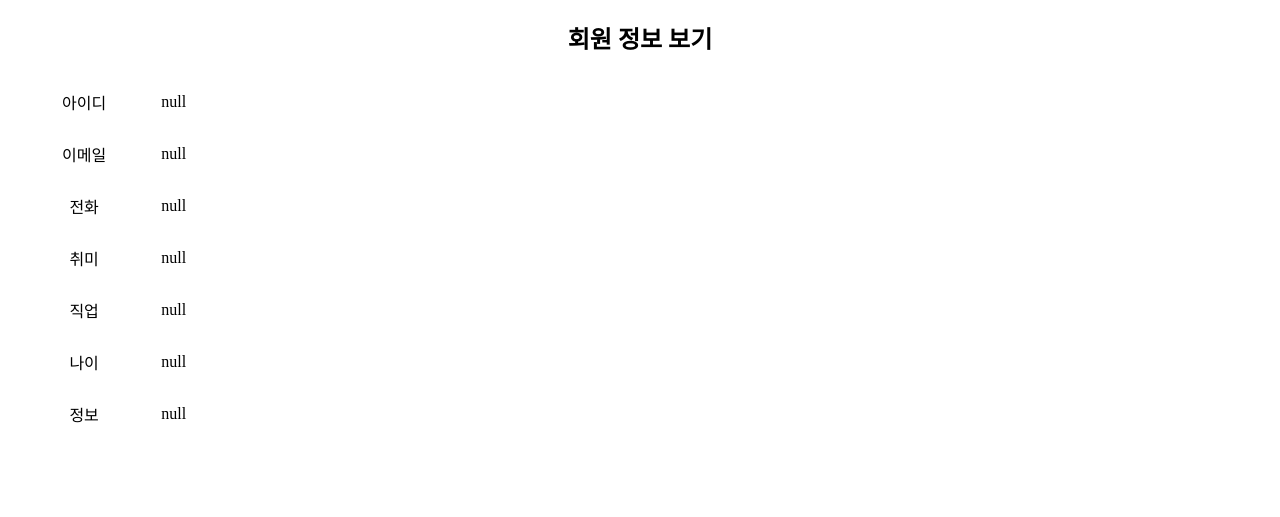
Repository: kdw1437/CreateBoardProject
Page: http://localhost/DataBase/MemberInfo.jsp
An editor plug-in stored every save of this project. The page is shown before and after the next save, followed by the edit.
The browser window is 1280 px wide. The pictures show the whole page.
The page is served by Tomcat 9. Other server files are loaded and not shown. Queries for data that is not in the repository find no rows.

Above is the page before, as saved 2024-08-06 08:37:02.

### DataBase/src/main/webapp/MemberInfo.jsp
<%@page import="model.MemberBean"%>
<%@page import="model.MemberDAO"%>
<%@ page language="java" contentType="text/html; charset=EUC-KR"
    pageEncoding="EUC-KR"%>
<!DOCTYPE html>
<html>
<head>
<meta charset="EUC-KR">
<title>Insert title here</title>
</head>
<body>

	<!-- 1. 데이터 베이스에서 한 회원의 정보를 가져옴 2. table태그를 이용하여 화면에 회원의 정보를 출력 -->
<%

	String id = request.getParameter("id");	//memberlist id를 받아줌

	MemberDAO mdao = new MemberDAO();
	MemberBean mbean = mdao.oneSelectMember(id); //해당하는 id의 회원정보를 리턴받아야한다.

%>

<Center>
<h2> 회원 정보 보기 </h2>
</Center>
	<table width="400" borders="1">
	<tr height="50">
		<td align="center" width="150">아이디</td>
		<td width="250"> <%=mbean.getId() %> </td>
	</tr>
	<tr height="50">
		<td align="center" width="150">이메일</td>
		<td width="250"> <%=mbean.getEmail() %> </td>
	</tr>
	<tr height="50">
		<td align="center" width="150">전화</td>
		<td width="250"> <%=mbean.getTel() %> </td>
	</tr>
	<tr height="50">
		<td align="center" width="150">취미</td>
		<td width="250"> <%=mbean.getHobby() %> </td>
	</tr>
	<tr height="50">
		<td align="center" width="150">직업</td>
		<td width="250"> <%=mbean.getJob() %> </td>
	</tr>
	<tr height="50">
		<td align="center" width="150">나이</td>
		<td width="250"> <%=mbean.getAge() %> </td>
	</tr>
	<tr height="50">
		<td align="center" width="150">정보</td>
		<td width="250"> <%=mbean.getInfo() %> </td>
	</tr>


	</table>
</body>
</html>

### DataBase/src/main/webapp/MemberDAO.java
package model;

import java.sql.Connection;
import java.sql.DriverManager;
import java.sql.PreparedStatement;
import java.sql.ResultSet;
import java.util.Vector;

//오라클 데이터 베이스에 연결하고 select, insert, update, delete 작업을 실행해주는 클래스입니다.
public class MemberDAO {


	//오라클에 접속하는 소스를 작성
	String id = "OT"; //접속아이디
	String pass = "1437";
	String url = "jdbc:oracle:thin:@localhost:1521/orclpdb"; //접속 URL

	Connection con; //데이터베이스에 접근할 수 있도록 설정
	PreparedStatement pstmt; //데이터베이스에서 쿼리를 실행시켜주는 객체
	ResultSet rs; //데이터베이스의 테이블의 결과를 리턴받아서 자바에 저장해주는 객체 (resultSet까지 멤버변수로 선언해주면 된다.)

	//데이터베이스에 접근할 수 있도록 도와주는 메소드(오라클, Mysql등 DB종류에 따라 내용을 바꿔준다.)
	public void getCon() {
		try {
			//1.해당 데이터 베이스를 사용한다고 선언(클래스를 등록=오라클용을 사용)
			Class.forName("oracle.jdbc.driver.OracleDriver");
			//2. 해당 데이터 베이스에 접속
			con = DriverManager.getConnection(url,id,pass);
		} catch (Exception e) {

		}
	}

	//데이터 베이스에 한 사람의 회원 정보를 저장해주는 메소드
	public void insertMember(MemberBean mbean) {

		try {
			getCon();
			//3. 접속 후 쿼리 준비하여 쿼리를 사용하도록 설정
			String sql = "insert into member values(?,?,?,?,?,?,?,?)";
			//쿼리를 사용하도록 설정
			PreparedStatement pstmt = con.prepareStatement(sql); //jsp에서 쿼리를 사용하도록 설정
			//?에 맞게 데이터를 맵핑
			pstmt.setString(1, mbean.getId());
			pstmt.setString(2, mbean.getPass1());
			pstmt.setString(3, mbean.getEmail());
			pstmt.setString(4, mbean.getTel());
			pstmt.setString(5, mbean.getHobby());
			pstmt.setString(6, mbean.getJob());
			pstmt.setString(7, mbean.getAge());
			pstmt.setString(8, mbean.getInfo());
			//4. 오라클에서 쿼리를 실행하시오.
			pstmt.executeUpdate(); //insert, update, delete 시 사용하는 메소드

			//5. 자원 반납
			con.close();
		} catch (Exception e) {
			e.printStackTrace();
		}
	}

	//모든 회원의 정보를 리턴해주는 메소드 호출
	public Vector<MemberBean> allSelectMember() {
		//가변길이로 데이터를 저장
		Vector<MemberBean> v = new Vector<>();

		// 무조건 데이터 베이스는 예외처리를 반드시 해야 한다.
		try {
			//커넥션 연결
			getCon();

			//쿼리 준비
			String sql = "select * from member";

			//쿼리를 실행시켜주는 객체 선언
			pstmt = con.prepareStatement(sql);

			//쿼리를 실행시킨 결과를 리턴해서 받아줌(오라클 테이블의 검색된 결과를 자바 객체에 저장)
			rs = pstmt.executeQuery();

			//반복문을 사용해서 rs에 저장된 데이터를 추출해놔야 한다.
			while(rs.next()) {//저장된 데이터 만큼까지 반복문을 돌리겠다는 뜻이다.
				MemberBean bean = new MemberBean(); //컬럼으로 나눠어진 데이터를 빈클래스에 저장
				bean.setId(rs.getString(1));
				bean.setPass1(rs.getString(2));
				bean.setEmail(rs.getString(3));
				bean.setTel(rs.getString(4));
				bean.setHobby(rs.getString(5));
				bean.setJob(rs.getString(6));
				bean.setAge(rs.getString(7));
				bean.setInfo(rs.getString(8));
				//패키징된 memberBean클래스를 벡터에 저장
				v.add(bean); //0번지부터 순서대로 데이터가 저장
			}
			//자원 반납
			con.close();
		} catch (Exception e) {

		}
		//다 저장된 벡터를 return한다.
		return v;
	}

	//한 사람에 대한 정보를 리턴하는 메소드를 작성
    public MemberBean oneSelectMember(String id) {
        MemberBean bean = new MemberBean();

        try {
            getCon();

            String sql = "select * from member where id=?";
            pstmt = con.prepareStatement(sql);

            pstmt.setString(1, id);

            rs = pstmt.executeQuery();

            if(rs.next()) {
                bean.setId(rs.getString(1));
                bean.setPass1(rs.getString(2));
                bean.setEmail(rs.getString(3));
                bean.setTel(rs.getString(4));
                bean.setHobby(rs.getString(5));
                bean.setJob(rs.getString(6));
                bean.setAge(rs.getString(7));
                bean.setInfo(rs.getString(8));
            }
            con.close();
        } catch (Exception e) {
            e.printStackTrace();
        }
        return bean;
    }
}

### DataBase/src/main/java/model/MemberBean.java
package model;

public class MemberBean {

	private String id;
	private String pass1;
	private String pass2;
	private String email;
	private String tel;
	private String hobby;
	private String job;
	private String age;
	private String info;

	public String getId() {
		return id;
	}
	public void setId(String id) {
		this.id = id;
	}
	public String getPass1() {
		return pass1;
	}
	public void setPass1(String pass1) {
		this.pass1 = pass1;
	}
	public String getPass2() {
		return pass2;
	}
	public void setPass2(String pass2) {
		this.pass2 = pass2;
	}
	public String getEmail() {
		return email;
	}
	public void setEmail(String email) {
		this.email = email;
	}
	public String getTel() {
		return tel;
	}
	public void setTel(String tel) {
		this.tel = tel;
	}
	public String getHobby() {
		return hobby;
	}
	public void setHobby(String hobby) {
		this.hobby = hobby;
	}
	public String getJob() {
		return job;
	}
	public void setJob(String job) {
		this.job = job;
	}
	public String getAge() {
		return age;
	}
	public void setAge(String age) {
		this.age = age;
	}
	public String getInfo() {
		return info;
	}
	public void setInfo(String info) {
		this.info = info;
	}


}

After the next save:
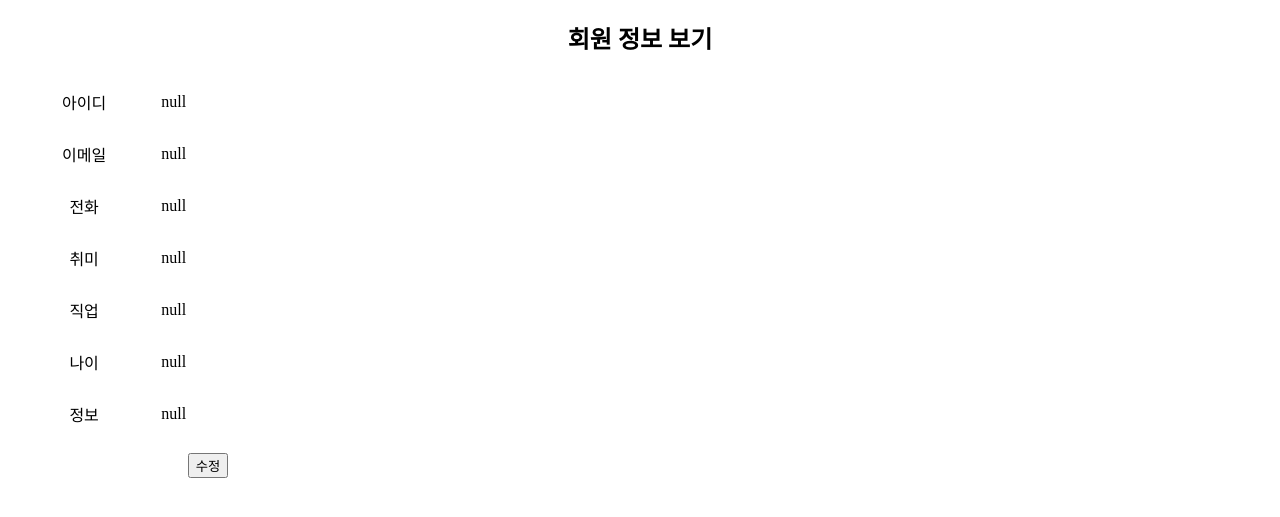
Saved 8 min 57 s later.
--- a/DataBase/src/main/webapp/MemberInfo.jsp
+++ b/DataBase/src/main/webapp/MemberInfo.jsp
@@ -52,7 +52,10 @@
 		<td align="center" width="150">정보</td>
 		<td width="250"> <%=mbean.getInfo() %> </td>
 	</tr>
-
+	<tr height="50">
+		<td align="center" colspan="2">
+		<button onclick="location.href='MemberUpdateForm.jsp'">수정</button>
+	</tr>
 
 	</table>
 </body>
